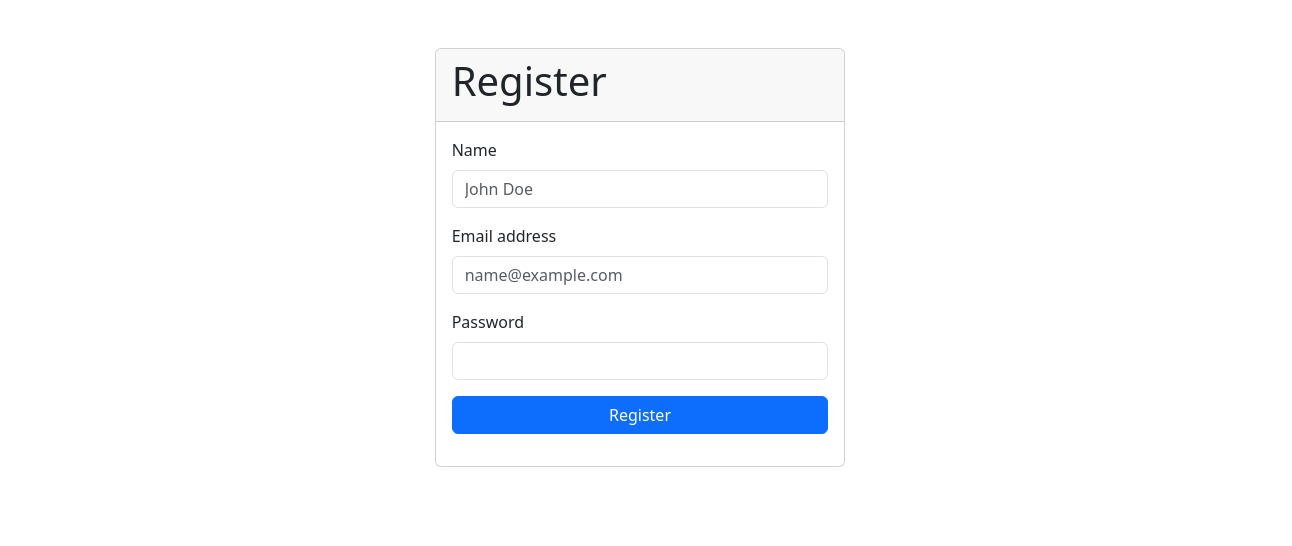
Repository: albushra2/GojordanForhamzeh
Page: http://localhost/tourist-register
These files come from the project's save history. The page is drawn as it stood at one moment and after the next save; the edit follows.
The browser window is 1280 px wide. The page is 1292 px wide, so the pictures cover 1292 px, including what lies to the right of the window. The pictures show the whole page.
The page is served by the project's Laravel application, run on PHP 8.4 with Laravel 10. Other server files are loaded and not shown.

Above is the page before, as saved 2024-05-16 23:46:59.

### routes/web.php
<?php

use Illuminate\Support\Facades\Route;

/*
|--------------------------------------------------------------------------
| Web Routes
|--------------------------------------------------------------------------
|
| Here is where you can register web routes for your application. These
| routes are loaded by the RouteServiceProvider and all of them will
| be assigned to the "web" middleware group. Make something great!
|
*/

Auth::routes(['register' => false]);

Route::group(['middleware' => ['is_admin','auth'], 'prefix' => 'admin', 'as' => 'admin.'], function() {
    Route::get('dashboard', [App\Http\Controllers\Admin\DashboardController::class, 'index'])->name('dashboard');

    // booking
    Route::resource('bookings', \App\Http\Controllers\Admin\BookingController::class)->only(['index', 'destroy']);
    // travel packages
    Route::resource('travel_packages', \App\Http\Controllers\Admin\TravelPackageController::class)->except('show');
    Route::resource('travel_packages.galleries', \App\Http\Controllers\Admin\GalleryController::class)->except(['create', 'index','show']);
    // categories
    Route::resource('categories', \App\Http\Controllers\Admin\CategoryController::class)->except('show');
    // blogs
    Route::resource('blogs', \App\Http\Controllers\Admin\BlogController::class)->except('show');
    // profile
    Route::get('users', [\App\Http\Controllers\UserController::class, 'index'])->name('users.index');
    Route::get('profile', [\App\Http\Controllers\ProfileController::class, 'show'])->name('profile.show');
    Route::put('profile', [\App\Http\Controllers\ProfileController::class, 'update'])->name('profile.update');
});

Route::get('/', [\App\Http\Controllers\HomeController::class, 'index'])->name('homepage');
// travel packages
Route::get('travel-packages',[\App\Http\Controllers\TravelPackageController::class, 'index'])->name('travel_package.index');
Route::get('travel-packages/{travel_package:slug}',[\App\Http\Controllers\TravelPackageController::class, 'show'])->name('travel_package.show');
// blogs
Route::get('blogs', [\App\Http\Controllers\BlogController::class, 'index'])->name('blog.index');
Route::get('blogs/{blog:slug}', [\App\Http\Controllers\BlogController::class, 'show'])->name('blog.show');
Route::get('blogs/category/{category:slug}', [\App\Http\Controllers\BlogController::class, 'category'])->name('blog.category');
// contact
Route::get('contact', function() {
    return view('contact');
})->name('contact');
// booking
Route::post('booking', [App\Http\Controllers\BookingController::class, 'store'])->name('booking.store');
//password_reset
route::post('\password\search',[App\Http\Controllers\ForgotPasswordController::class, 'sendEmail'])->name('password.email');
route::get('\password\email\send\{token}',[App\Http\Controllers\ForgotPasswordController::class, 'reset'])->name('password.reset');
route::post('\password\update\{token}',[App\Http\Controllers\ForgotPasswordController::class, 'updatePassword'])->name('password.update');

Route::get('tourist-register', [\App\Http\Controllers\TouristController::class, 'register'])->name('touristregister');
Route::post('tourist-register', [\App\Http\Controllers\TouristController::class, 'registerPost'])->name('touristregister.post');
Route::get('tourist-login', [\App\Http\Controllers\TouristController::class, 'login'])->name('touristlogin');
Route::post('tourist-login', [\App\Http\Controllers\TouristController::class, 'loginPost'])->name('touristlogin.post');
Route::get('tourist-profile', [\App\Http\Controllers\TouristController::class, 'profile'])->name('touristprofile')->middleware('auth');

### app/Http/Controllers/TouristController.php
<?php

namespace App\Http\Controllers;

use App\Models\TravelUser;
use Illuminate\Http\Request;
use Illuminate\Support\Facades\Auth;
use Illuminate\Support\Facades\Hash;

class TouristController extends Controller
{
    public function register()
    {
        return view('tourist_user.register');
    }

    public function registerPost(Request $request)
    {
        $user = new TravelUser();

        $user->name = $request->name;
        $user->email = $request->email;
        $user->password = Hash::make($request->password);

        $user->save();

        Auth::login($user);

        return redirect()->route('touristprofile')->with('success', 'Register successfully');
    }

    public function login()
    {
        return view('tourist_user.login');
    }

    public function loginPost(Request $request)
    {
        $credentials = $request->only('email', 'password');

        if (Auth::attempt($credentials)) {
            return redirect()->route('touristprofile')->with('success', 'Login Success');
        }

        return back()->with('error', 'Error Email or Password');
    }

    public function logout()
    {
        Auth::logout();

        return redirect()->route('touristlogin');
    }

    public function profile()
    {
        return view('tourist_user.profile');
    }
}

### resources/views/tourist_user/register.blade.php
<!doctype html>
<html lang="en">
  <head>
    <meta charset="utf-8">
    <meta name="viewport" content="width=device-width, initial-scale=1">
    <title>Tourist Register</title>
    <link href="https://cdn.jsdelivr.net/npm/bootstrap@5.3.0-alpha3/dist/css/bootstrap.min.css" rel="stylesheet" integrity="sha384-KK94CHFLLe+nY2dmCWGMq91rCGa5gtU4mk92HdvYe+M/SXH301p5ILy+dN9+nJOZ" crossorigin="anonymous">
    <script src="https://cdn.jsdelivr.net/npm/bootstrap@5.3.0-alpha3/dist/js/bootstrap.bundle.min.js" integrity="sha384-ENjdO4Dr2bkBIFxQpeoTz1HIcje39Wm4jDKdf19U8gI4ddQ3GYNS7NTKfAdVQSZe" crossorigin="anonymous"></script>
</head>
<body>
<div class="row justify-content-center mt-5">
    <div class="col-lg-4">
        <div class="card">
            <div class="card-header">
                <h1 class="card-title">Register</h1>
            </div>
            <div class="card-body">
                @if(Session::has('success'))
                    <div class="alert alert-success" role="alert">
                        {{ Session::get('success') }}
                    </div>
                @endif
                <form action="{{ route('touristregister.post') }}" method="POST">
                    @csrf
                    <div class="mb-3">
                        <label for="name" class="form-label">Name</label>
                        <input type="text" name="name" class="form-control" id="name" placeholder="John Doe" required>
                    </div>
                    <div class="mb-3">
                        <label for="email" class="form-label">Email address</label>
                        <input type="email" name="email" class="form-control" id="email" placeholder="name@example.com" required>
                    </div>
                    <div class="mb-3">
                        <label for="password" class="form-label">Password</label>
                        <input type="password" name="password" class="form-control" id="password" required>
                    </div>
                    <div class="mb-3">
                        <div class="d-grid">
                            <button class="btn btn-primary">Register</button>
                        </div>
                    </div>
                </form>
            </div>
        </div>
    </div>
</div>
</body>
</html>

Loaded but not shown: app/Http/Controllers/Auth/ConfirmPasswordController.php (common file); app/Http/Controllers/Controller.php (common file)

After the next save:
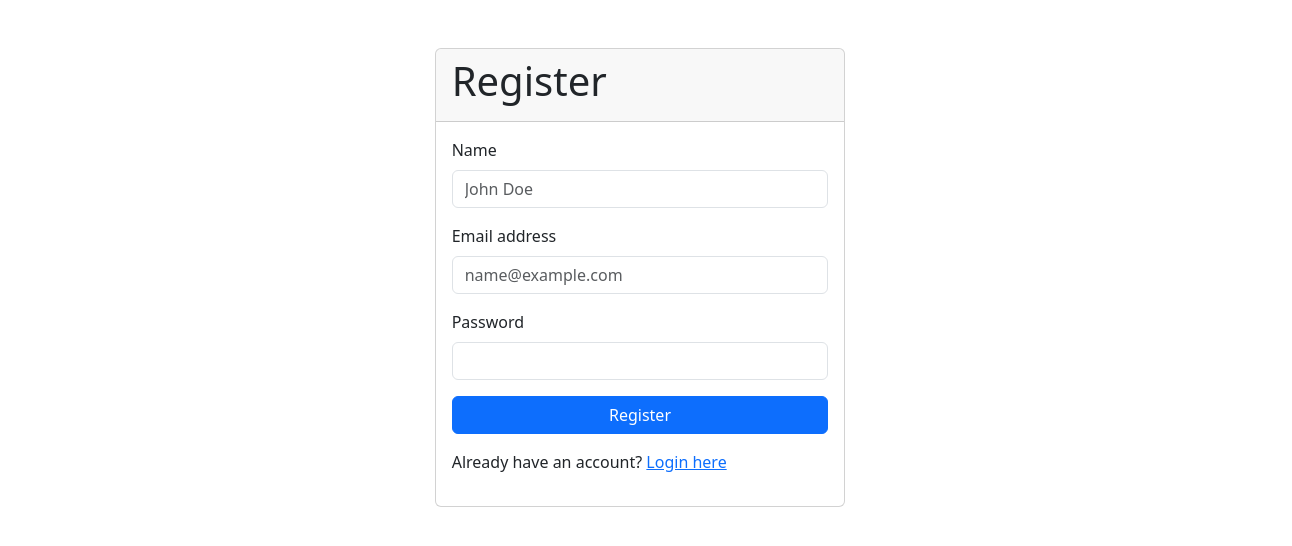
Saved 15 min 27 s later.
--- a/resources/views/tourist_user/register.blade.php
+++ b/resources/views/tourist_user/register.blade.php
@@ -1,6 +1,6 @@
 <!doctype html>
 <html lang="en">
-  <head>
+<head>
     <meta charset="utf-8">
     <meta name="viewport" content="width=device-width, initial-scale=1">
     <title>Tourist Register</title>
@@ -40,6 +40,9 @@
                         </div>
                     </div>
                 </form>
+                <div class="mt-3">
+                    <p>Already have an account? <a href="{{ route('touristlogin') }}">Login here</a></p>
+                </div>
             </div>
         </div>
     </div>
